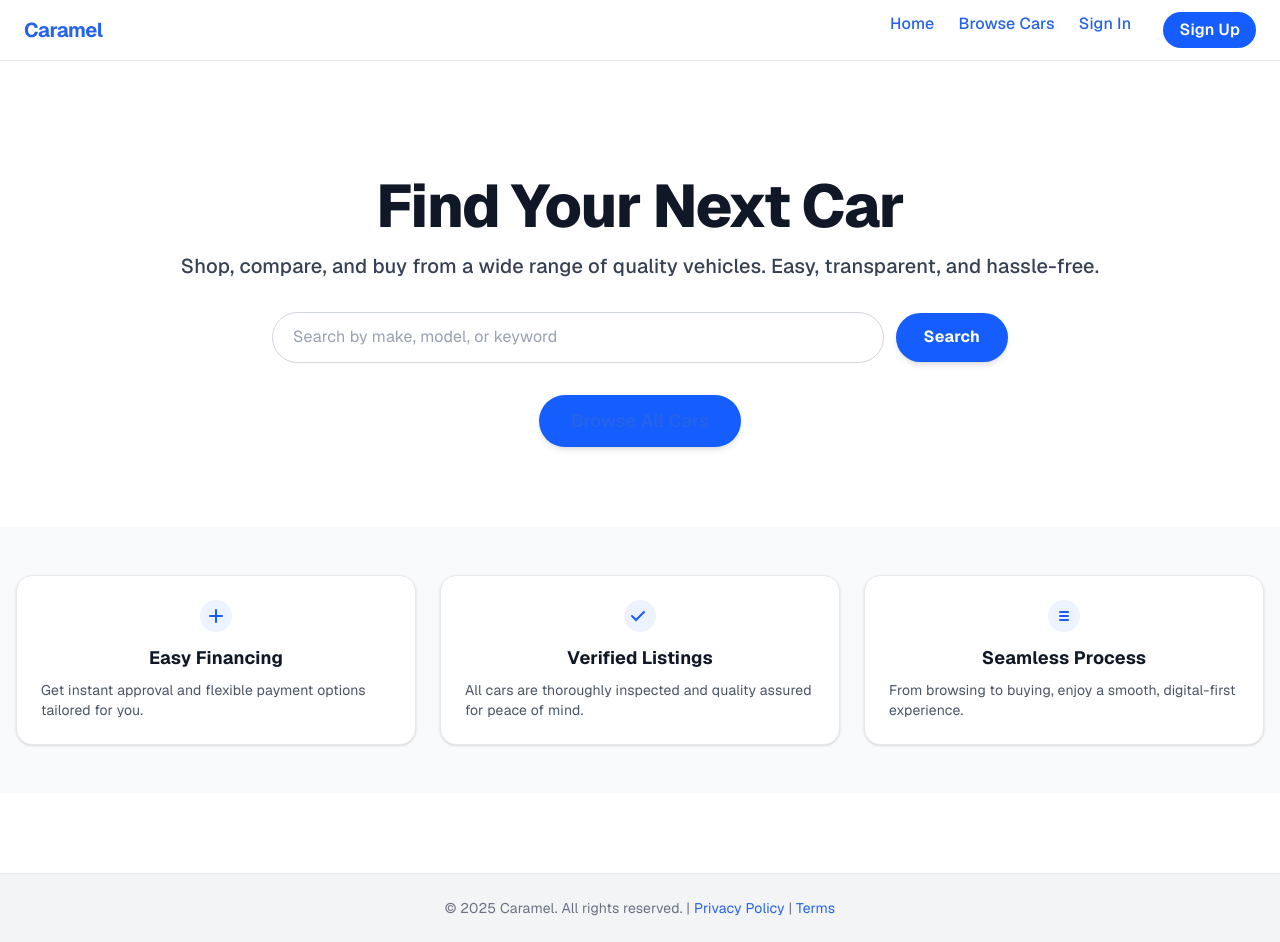
Repository: virat07/sellyourcar
Page: /
The author's editor kept a copy of each file at every save. The page is drawn from the files as they stood at one save, then again after the next save.
The browser window is 1280 px wide. The pictures show the whole page.
The project was rebuilt for these pictures with package versions that can differ from the ones it lists, and the page was loaded fresh each time. The framework's server and built-in components were replaced by stand-ins that run in the browser. Also part of the build but not shown: next.config.ts.

Above is the page before, as saved 2025-07-18 15:36:12.

After the next save:
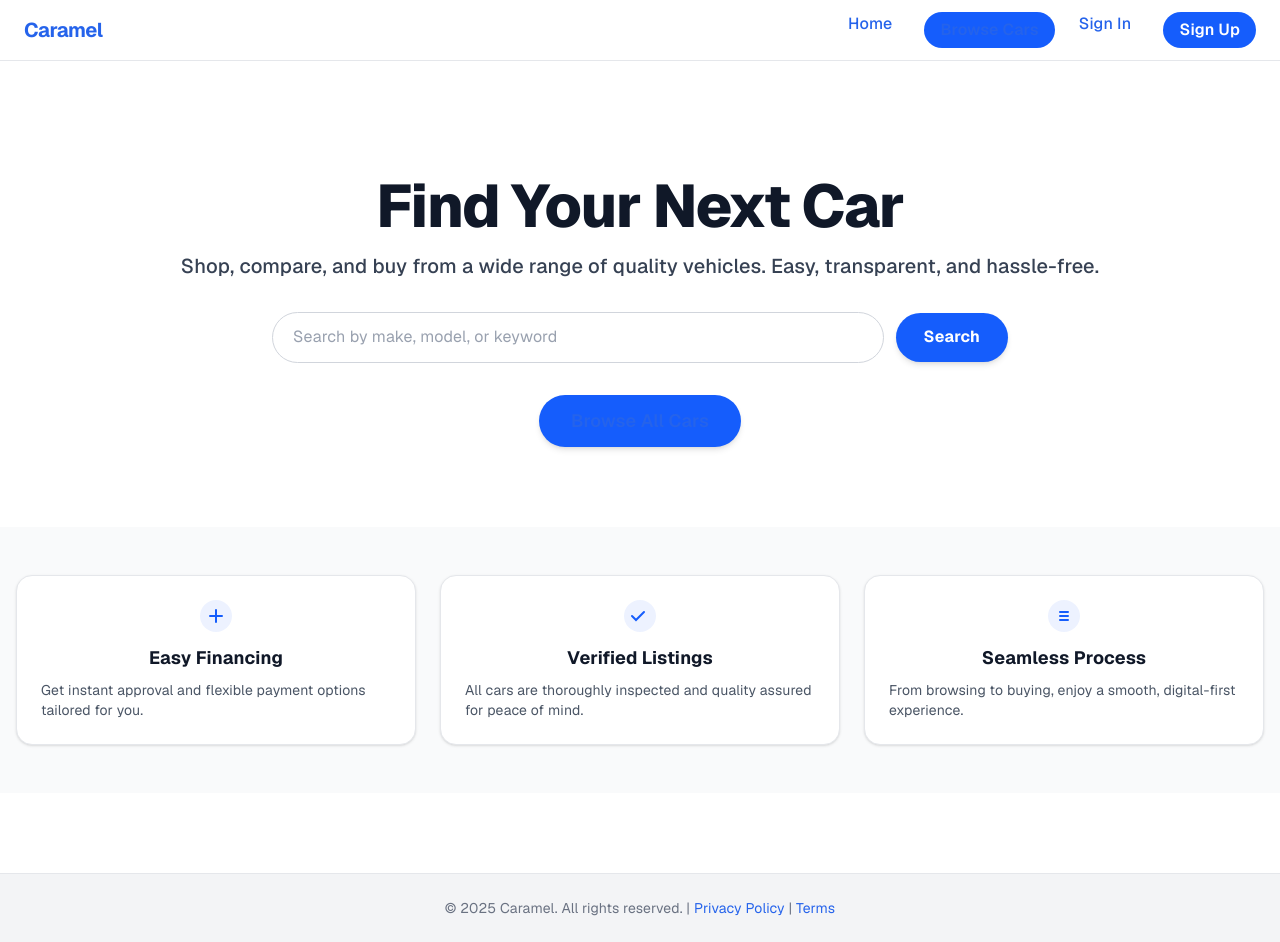
Saved 29 s later.
--- a/src/components/NavBar.tsx
+++ b/src/components/NavBar.tsx
@@ -8,7 +8,12 @@ export default function NavBar() {
       </div>
       <div className="flex gap-6 text-base font-medium">
         <Link href="/" className="hover:text-[var(--accent)] transition-colors">Home</Link>
-        <Link href="/cars" className="hover:text-[var(--accent)] transition-colors">Browse Cars</Link>
+        <Link
+          href="/cars"
+          className="ml-2 px-4 py-1.5 bg-blue-600 text-white rounded-full hover:bg-blue-700 transition-colors font-semibold"
+        >
+          Browse Cars
+        </Link>
         <Link href="/auth/signin" className="hover:text-[var(--accent)] transition-colors">Sign In</Link>
         <Link
           href="/auth/signup"
